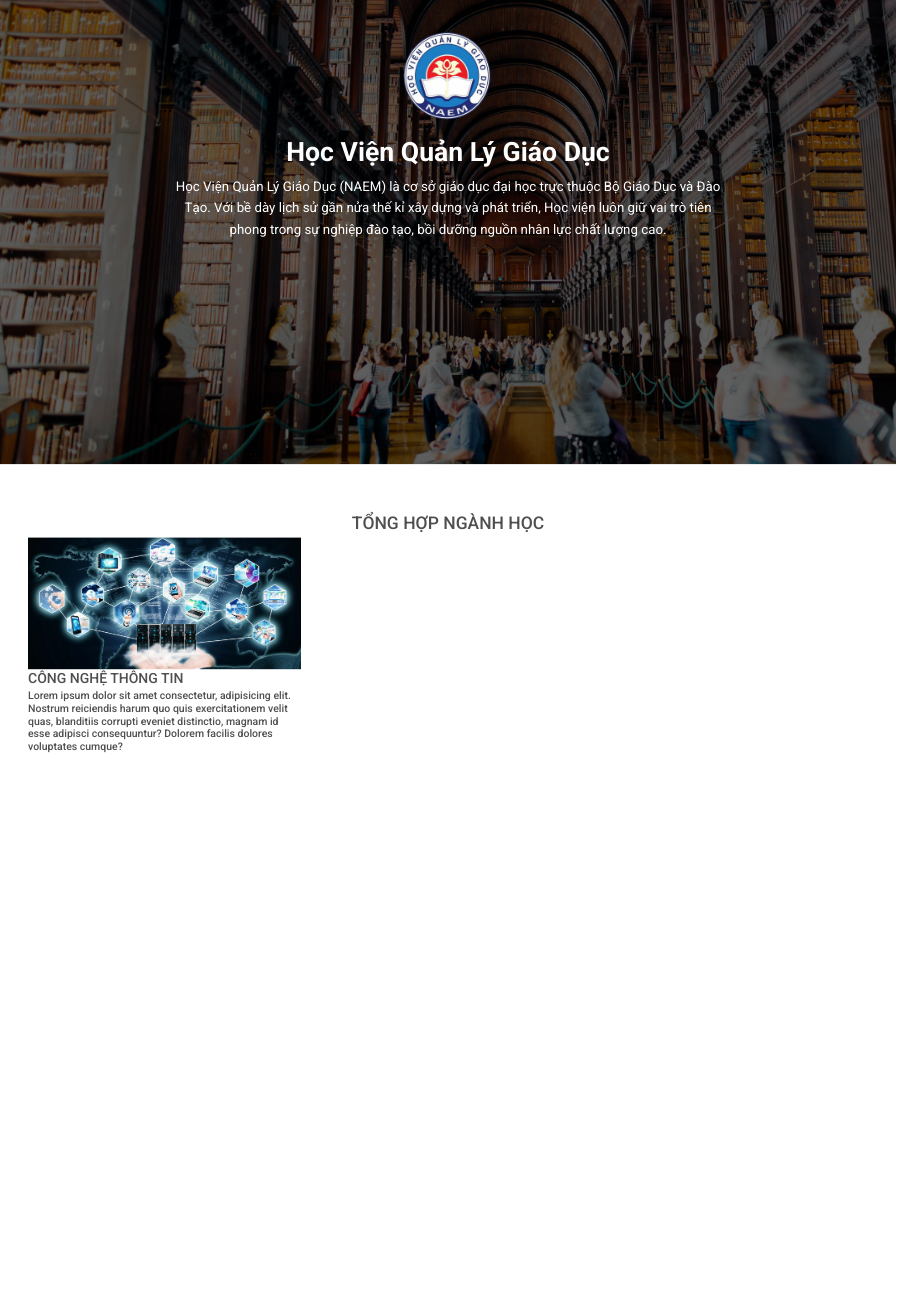
Repository: hongphuck1/trangweb1
Page: index.html
An editor plug-in stored every save of this project. The page is shown before and after the next save, followed by the edit.
The browser window is 1280 px wide. The page is 1288 px wide, so the pictures cover 1288 px, including what lies to the right of the window. The pictures show the part of the page from y = 1260 to 3140 px (the page is 4941 px tall), at 70% of full size.

Above is the page before, as saved 2021-09-07 01:53:41.

### index.html
<!DOCTYPE html>
<html lang="en">

<head>
  <meta charset="UTF-8" />
  <meta name="viewport" content="width=device-width, initial-scale=1, shrink-to-fit=no" />
  <meta http-equiv="x-ua-compatible" content="ie=edge" />
  <title>Material Design for Bootstrap</title>
  <!-- MDB icon -->
  <link rel="icon" href="img/SSS1.png" type="image/x-icon" />
  <!-- Font Awesome -->
  <link rel="stylesheet" href="https://use.fontawesome.com/releases/v5.15.2/css/all.css" />
  <!-- Google Fonts Roboto -->
  <link rel="stylesheet" href="https://fonts.googleapis.com/css2?family=Roboto:wght@300;400;500;700;900&display=swap" />
  <!-- MDB -->
  <link rel="stylesheet" href="css/style.css" />
  <link rel="stylesheet" href="css/base.css" />
  <link rel="stylesheet" href="css/grid.css" />
  <link rel="stylesheet" href="css/mdb.min.css" />
</head>

<body>
  <!-- Start your project here-->
  <div class="main">
    <!--Main Navigation-->
    <header>


      <!-- Navbar -->
      <nav class="navbar--opacity navbar navbar-expand-lg navbar-light fixed-top mask-custom shadow-0">
        <div class="container">

          <a class="navbar-brand nav-link" target="_blank" href="https://mdbootstrap.com/docs/standard/">
            <strong style="font-size: 2.2rem;">MRC</strong>
          </a>
          <button class="navbar-toggler navbar-toggler--opacity" type="button" data-mdb-toggle="collapse"
            data-mdb-target="#navbarSupportedContent" aria-controls="navbarSupportedContent" aria-expanded="false"
            aria-label="Toggle navigation">
            <i style="color: #ccc" class="fas fa-bars"></i>
          </button>
          <div class="collapse navbar-collapse" id="navbarSupportedContent">
            <ul class="navbar-nav me-auto mb-2 mb-lg-0">
              <li class="nav-item active">
                <a class="nav-link" aria-current="page" href="#intro">Giới thiệu</a>
              </li>
              <li class="nav-item">
                <a class="nav-link" href="https://www.facebook.com/MRC.NAEM" rel="nofollow" target="_blank">Hỏi đáp</a>
              </li>
              <li class="nav-item">
                <a class="nav-link" href="https://www.facebook.com/MRC.NAEM" target="_blank">Bài viết</a>
              </li>
              <li class="nav-item">
                <a class="nav-link" href="https://www.facebook.com/messages/t/101815085369835" target="_blank">Liên
                  hệ</a>
              </li>
            </ul>
            <ul class="navbar-nav list-inline">
              <!-- Icons -->
              <li class="">
                <a class="nav-link" href="https://www.youtube.com/channel/UCjl0s7v8m8V4IzuAS1fH-iA" rel="nofollow"
                  target="_blank">
                  <i class="fab fa-youtube"></i>
                </a>
              </li>
              <li class="">
                <a class="nav-link" href="https://www.facebook.com/MRC.NAEM" rel="nofollow" target="_blank">
                  <i class="fab fa-facebook-f"></i>
                </a>
              </li>
              <li class="nav-item">
                <a class="nav-link" href="https://www.tiktok.com/@mrcnaem" rel="nofollow" target="_blank">
                  <i class="fab fa-tiktok"></i>
                </a>
              </li>
              <li class="nav-item">
                <a class="nav-link" href="tel: 0349167687" rel="nofollow" target="_blank">
                  <i class="fas fa-envelope"></i>
                </a>
              </li>
            </ul>
          </div>
        </div>
      </nav>

      <!-- Carousel wrapper -->
      <div id="introCarousel" class="carousel slide carousel-fade shadow-2-strong" data-mdb-ride="carousel">
        <!-- Indicators -->
        <ol class="carousel-indicators">
          <li data-mdb-target="#introCarousel" data-mdb-slide-to="0" class="active"></li>
          <li data-mdb-target="#introCarousel" data-mdb-slide-to="1"></li>
          <li data-mdb-target="#introCarousel" data-mdb-slide-to="2"></li>
        </ol>

        <!-- Inner -->
        <div class="carousel-inner">
          <!-- Single item -->
          <div class="carousel-item active">
            <div class="mask" style="background-color: rgba(0, 0, 0, 0.6);">
              <div class="d-flex justify-content-center align-items-center h-100">
                <div class="text-white text-center">
                  <h1 style="font-size: 2.4rem;" class="mb-3">CLB TUYỂN SINH VÀ TRUYỀN THÔNG - MRC NAEM</h1>
                  <h5 style="font-size: 1.2rem;" class="mb-4">Hỗ trợ tư vấn - hướng nghiệp, trả lời những thắc mắc cho
                    học sinh và phụ huynh.</h5>

                  <a style="font-size: 1.8rem; " class="btn-DANGKI btn btn-outline-light btn-lg m-2"
                    href="https://www.facebook.com/MRC.NAEM" target="_blank" role="button">Đăng kí ngay</a>
                </div>
              </div>
            </div>
          </div>

          <!-- Single item -->
          <div class="carousel-item">
            <div class="mask" style="background-color: rgba(0, 0, 0, 0.3);">
              <div class="d-flex justify-content-center align-items-center h-100">
                <div class="text-white text-center">
                  <h1 style="font-size: 2.4rem;" class="mb-3">CLB TUYỂN SINH VÀ TRUYỀN THÔNG - MRC NAEM</h1>
                  <h5 style="font-size: 1.2rem;" class="mb-4">Hỗ trợ tư vấn - hướng nghiệp, trả lời những thắc mắc cho
                    học sinh và phụ huynh.</h5>

                  <a style="font-size: 1.8rem; " class="btn-DANGKI btn btn-outline-light btn-lg m-2"
                    href="https://www.facebook.com/MRC.NAEM" target="_blank" role="button">Đăng kí ngay</a>
                </div>
              </div>
            </div>
          </div>

          <!-- Single item -->
          <div class="carousel-item">
            <div class="mask" style="
                background: linear-gradient(
                  45deg,
                  rgba(29, 236, 197, 0.7),
                  rgba(91, 14, 214, 0.7) 100%
                );
              ">
              <div class="d-flex justify-content-center align-items-center h-100">
                <div class="text-white text-center">
                  <h1 style="font-size: 2.4rem;" class="mb-3">CLB TUYỂN SINH VÀ TRUYỀN THÔNG - MRC NAEM</h1>
                  <h5 style="font-size: 1.2rem;" class="mb-4">Hỗ trợ tư vấn - hướng nghiệp, trả lời những thắc mắc cho
                    học sinh và phụ huynh.</h5>

                  <a style="font-size: 1.8rem; " class="btn-DANGKI btn btn-outline-light btn-lg m-2"
                    href="https://www.facebook.com/MRC.NAEM" target="_blank" role="button">Đăng kí ngay</a>
                </div>
              </div>
            </div>
          </div>
        </div>
        <!-- Inner -->

        <!-- Controls -->
        <a class="carousel-control-prev" href="#introCarousel" role="button" data-mdb-slide="prev">
          <span class="carousel-control-prev-icon" aria-hidden="true"></span>
          <span class="sr-only">Previous</span>
        </a>
        <a class="carousel-control-next" href="#introCarousel" role="button" data-mdb-slide="next">
          <span class="carousel-control-next-icon" aria-hidden="true"></span>
          <span class="sr-only">Next</span>
        </a>
      </div>
      <!-- Carousel wrapper -->
    </header>


    <section>
      <div class="container-body">
        <div class="container-body-name">
          <h1>Thông Tin Tuyển Sinh</h1>
        </div>

        <div class="row">
          <div class="col l-6">
            <div class="container-body-content">
              <h2 class="container-body-content__name">Các Phương Án Xét Tuyển</h2>
              <div class="container-body-content-attention">
                <i class="fas fa-check-double"></i>
                <h4>Dựa vào học bạ (Điểm HK1 & HK2 lớp 11 và điểm HK1 lớp 12)</h4>
              </div>
              <div class="container-body-content-attention">
                <i class="fas fa-check-double"></i>
                <h4>Sử dụng kết quả thi THPT 2021</h4>
              </div>
              <div class="container-body-content-attention">
                <i class="fas fa-check-double"></i>

                <h4>Tuyển thẳng</h4>
              </div>
              <div class="container-body-content-attention">
                <i class="far fa-bell"></i>
                <h4>Cơ hội trúng tuyển cao khi có tới 70% chỉ tiêu qua xét tuyển học bạ</h4>
              </div>
              <div class="container-body-content-attention">
                <i class="far fa-plus-square"></i>
                <h4>Đặc biệt sinh viên được phép học thêm một ngành khác tại Học viện (Luật, Ngôn ngữ Anh, Tâm lý giáo
                  dục, Quản trị văn phòng, Giáo dục học, Quản lý giáo dục và Kinh tế giáo dục)</h4>
              </div>
            </div>
          </div>
          <div class="col l-6">
            <div class="container-body-img">
              <img src="img/klipartz.com_-1024x586.png" alt="">
            </div>
          </div>
        </div>


      </div>

      <div class="container-body-review">
        <div class="grid wide">
          <div class="row">
            <div class="col l-12">
              <img src="img/1-1.png" alt="">
              <div class="container-body-review__name">
                Học Viện Quản Lý Giáo Dục
              </div>
              <div class="container-body-review__title">
                Học Viện Quản Lý Giáo Dục (NAEM) là cơ sở giáo dục đại học trực thuộc Bộ Giáo Dục và Đào Tạo. Với bề dày lịch sử gần nửa thế kỉ xây dựng và phát triển, Học viện luôn giữ vai trò tiên phong trong sự nghiệp đào tạo, bồi dưỡng nguồn nhân lực chất lượng cao.
              </div>
            </div>
        </div>
      </div>
    </div>

      <div class="container-body-subjects">
          <h1>TỔNG HỢP NGÀNH HỌC</h1>

          <div class="grid wide">
            <div class="row">
              <div class="col l-4">
                <img src="img/congnghethongtin.png" alt="">
                <h2>CÔNG NGHỆ THÔNG TIN</h2>
                <h4>Lorem ipsum dolor sit amet consectetur, adipisicing elit. Nostrum reiciendis harum quo quis exercitationem velit quas, blanditiis corrupti eveniet distinctio, magnam id esse adipisci consequuntur? Dolorem facilis dolores voluptates cumque?</h4>
              </div>
              <div class="col l-4"></div>
              <div class="col l-4"></div>
            </div>
          </div>

    </section>

  </div>
  <!--Main Navigation-->
  <!-- End your project here-->

  <!-- MDB -->
  <script type="text/javascript" src="js/mdb.min.js"></script>
  <!-- Custom scripts -->
  <script type="text/javascript"></script>
</body>

</html>

### css/style.css

.main {

    height: 1000px;
}

/* Carousel styling */
#introCarousel,
.carousel-inner,
.carousel-item,
.carousel-item.active {
  height: 100vh;
}

.carousel-item:nth-child(1) {
  background-image: url('https://mdbootstrap.com/img/Photos/Others/images/76.jpg');
  background-repeat: no-repeat;
  background-size: cover;
  background-position: center center;
}

.carousel-item:nth-child(2) {
  background-image: url('https://mdbootstrap.com/img/Photos/Others/images/77.jpg');
  background-repeat: no-repeat;
  background-size: cover;
  background-position: center center;
}

.carousel-item:nth-child(3) {
  background-image: url('https://mdbootstrap.com/img/Photos/Others/images/78.jpg');
  background-repeat: no-repeat;
  background-size: cover;
  background-position: center center;
}

/* Height for devices larger than 576px */
@media (min-width: 992px) {
  #introCarousel {
    margin-top: -58.59px;
  }
}

.navbar .nav-link {
  color: #fff !important;
}



/* trèn đè css boottraps */

.nav-link {
  /* padding: 1.2rem 1rem !important; */
  font-size: 1.6rem;
  padding-right: 20px !important;
}

.nav-link:hover {
  /* padding: 1.2rem 1rem !important; */
  color: yellow !important;
  transition: color 0.5s ;
}


.btn-DANGKI:hover {
  color: yellow !important;
  border: 1px solid yellow !important;
  transition: 0.5s ;
}

.navbar-dark .navbar-toggler, .navbar-light .navbar-toggler {
  display: block;
}

.navbar--opacity {
  background-color: rgba(1,1,1,0.2);
}


@media only screen and (max-width: 600px) {
 .text-center h1 {
    font-size: 2.7rem !important;
    padding: 20px 0;
  }
  .carousel-control-next, .carousel-control-prev{
    display: none !important;
  }
  .text-center h5{
    padding: 0 20px;
    line-height: 1.9rem !important;
    font-size: 1.4rem !important;
  }
}


@import url('https://fonts.googleapis.com/css2?family=Poppins:wght@300;400;600;700&display=swap');
  :root {
    --primary: #08aeea;
    --secondary: #13D2B8;
    --purple: #bd93f9;
    --pink: #ff6bcb;
    --blue: #8be9fd;
    --gray: #333;
    --font: "Poppins", sans-serif;
    --gradient: linear-gradient(40deg, #ff6ec4, #7873f5);
    --shadow: 0 0 15px 0 rgba(0,0,0,0.05);
  }
  *,
  *:before,
  *:after {
    box-sizing: border-box;
  }
  html {
    font-size: 62.5%;
  }

  body {
    font-family: var(--font);
    font-size: 1.4rem;
    overflow-x: hidden;
    font-weight: 300;
  }

  img {
    display: block;
    max-width: 100%;
  }

  a {
    text-decoration: none;
  }

  input,
  button,
  textarea,
  select {
    font-family: var(--font);
    font-size: 1.4rem;
    font-weight: 300;
    outline: none;
    border: 0;
    margin: 0;
    padding: 0;
    border-radius: 0;
    -webkit-appearance: none;
  }

  button {
    cursor: pointer;
  }

          .simple-card {
            background-color: white;
            border-radius: 2rem;
            padding: 1.5rem;
            box-shadow: var(--shadow);
          }
          .simple-card-image {
            position: relative;
            height: 0;
            padding-bottom: 56.25%;
          }
          .simple-card-image > img {
            position: absolute;
            top: 0;
            left: 0;
            width: 100%;
            height: 100%;
            object-fit: cover;
            border-radius: 1rem;
          }
          .simple-card-content {
            padding: 3rem 1rem;
          }
          .simple-card-title {
            font-weight: 500;
            font-size: 2rem;
            line-height: 1.6;
            margin-bottom: 1.5rem;
            color: #2b2b2b;
          }
          .simple-card-desc {
            color: #c7cbdc;
            font-weight: 300;
            line-height: 1.6;
            font-size: 1.4rem;
            margin-bottom: 3rem;
          }
          .simple-card-line {
            width: 30%;
            height: 2px;
            margin-left: auto;
            background-color: var(--primary);
          }

          .container-body{
            padding-top: 40px;
            padding-bottom: 70px;
          }
          .container-body-name{
            text-align: center;
            padding: 40px 0 ;
          }
          .container-body-name h1{
            color: #000000;
            font-family: "Open Sans", Sans-serif;
            font-size: 35px;
            font-weight: 700;
            text-transform: capitalize;
          }

          .container-body-content{
           padding-left: 100px;
          }
          .container-body-content__name{
           font-size: 2.8rem;
           color: #000000;
           padding-bottom: 10px;
          }
          .container-body-content-attention{
          display: flex;
          align-items: center;
          padding: 4px 0;
          }
          .container-body-content-attention i{
            transform: translateY(-15%);
            padding-right: 10px;
            font-size: 1.8rem;
            color: var(--primary);
          }
          .container-body-content-attention h4{
            font-size: 1.8rem;
          }

          .container-body-img{
          padding: 0 50px ;
          }

.container-body-review {
  background-image: url(../img/Thiết\ kế\ không\ tên.png);
  background-repeat: no-repeat;
  background-size: cover;
  height: 100vh;
}

.container-body-review img {
  width: 150px;
  margin: auto;
  padding-top: 90px;
}


.container-body-review__name, .container-body-review__title {
  text-align: center;
  color: white;
padding-top: 20px;
}

.container-body-review__name {
  font-size: 3.8rem;
  padding: 4px 0;
  font-weight: 600;
}

.container-body-review__title {
  font-size: 1.9rem;
  padding: 0 200px;
}



/* TỔNG HỢP NGÀNH HỌC */

.container-body-subjects{
  padding: 70px 0;
}

.container-body-subjects h1 {
  text-align: center;
}

### css/base.css
:root {
    --white-color: #fff;
    --black-color: #000;
    --text-color: rgb(110, 109, 109);
    --primary-color: #6EC1E4;
    --primary-color-sub: #fd3f00;
    --border-color: #dbdbdb;

    --header: 109px;
    --header-top: 36px;
    --navbar-height: 27px;
    --header-with-search-height: calc(var(--header-height) - var(--navbar-height));
    --header-sort-bar-height: 46px;
}


* {
    margin: 0;
    padding: 0;
    box-sizing: border-box;

}
.no-copy__text {
    user-select: none;
}
html {
    font-size: 62.5%;
    line-height: 1.6rem;
    font-family: 'Roboto', sans-serif;

    /* user-select: none;   không cho copy text */
}

body {
    height: 5000px;
}
@media only screen and  (max-width: 1000px) and (min-width: 700px) {
    html {
    }
}

Loaded but not shown: css/mdb.min.css (library); js/mdb.min.js (library); css/grid.css (590 lines, source omitted)

After the next save:
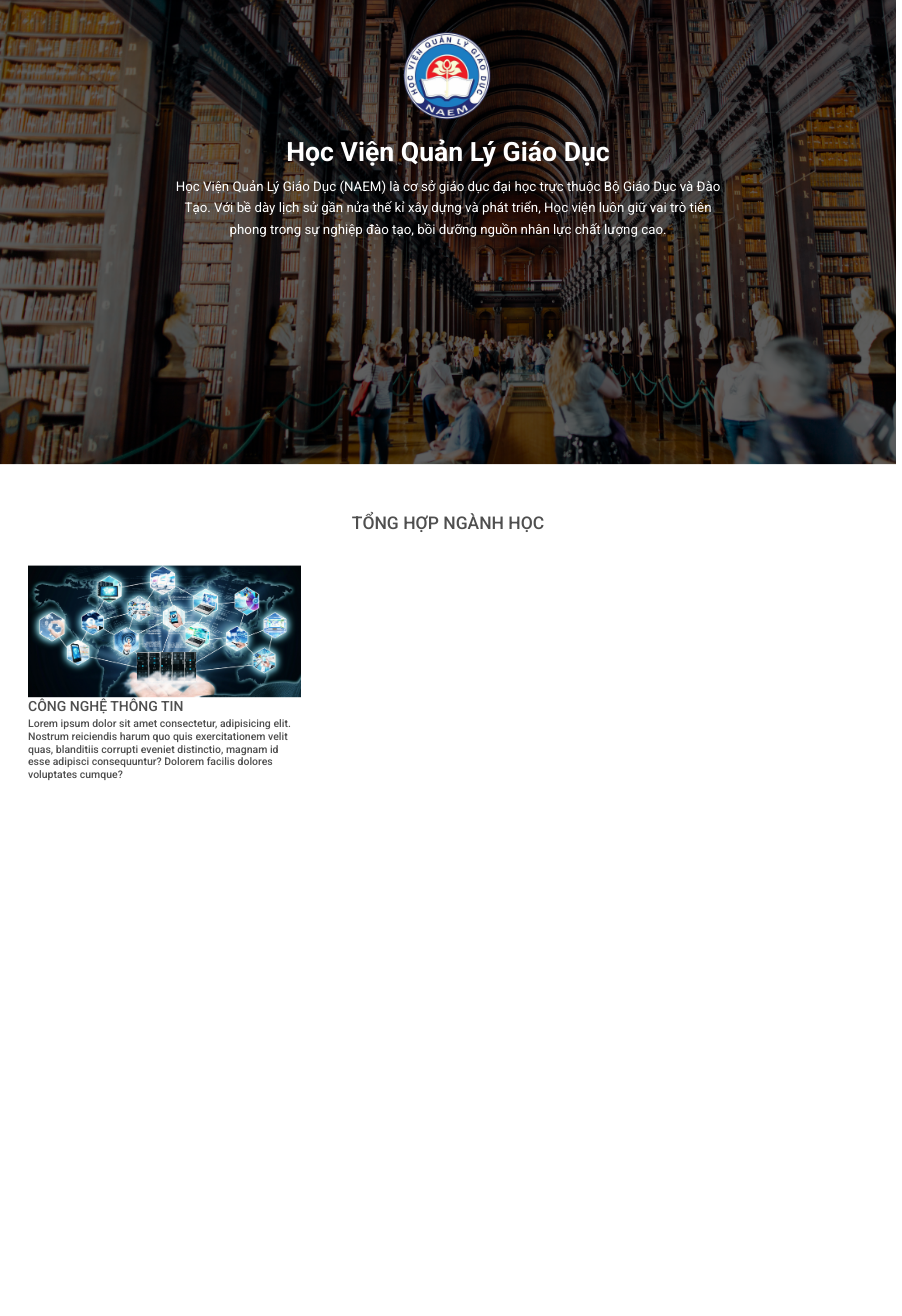
Saved 7 s later.
--- a/css/style.css
+++ b/css/style.css
@@ -276,4 +276,5 @@
 
 .container-body-subjects h1 {
   text-align: center;
-}
+  padding-bottom: 40px;
+}
